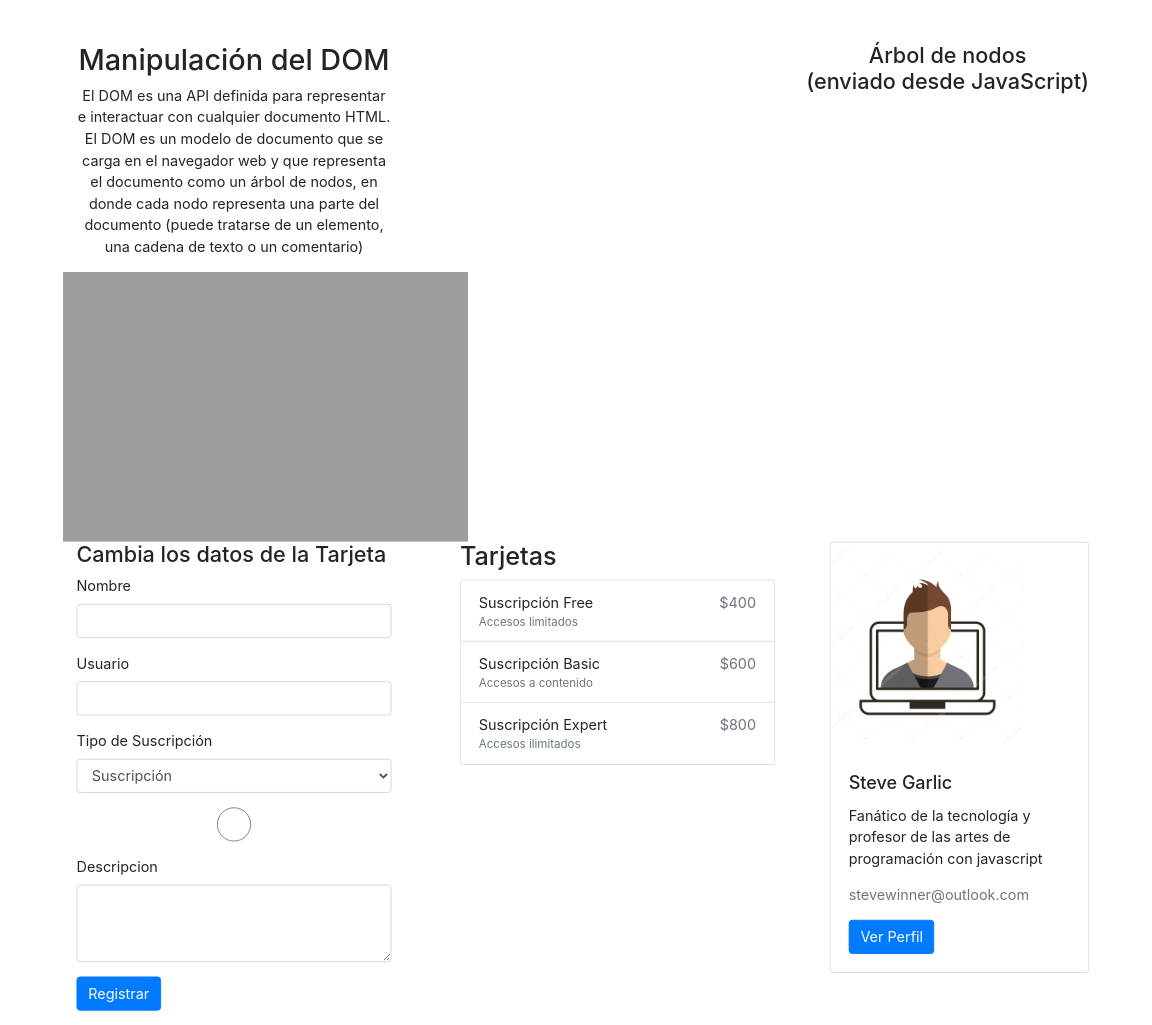
Repository: pedro-donoso/manipulacion-dom
Page: index.html
The author's editor kept a copy of each file at every save. The page is drawn from the files as they stood at one save, then again after the next save.
The browser window is 1280 px wide. The pictures show the whole page, at 90% of full size.
Pictures or frames that could not be fetched are drawn as grey boxes.

Above is the page before, as saved 2024-02-06 14:23:38.

After the next save:
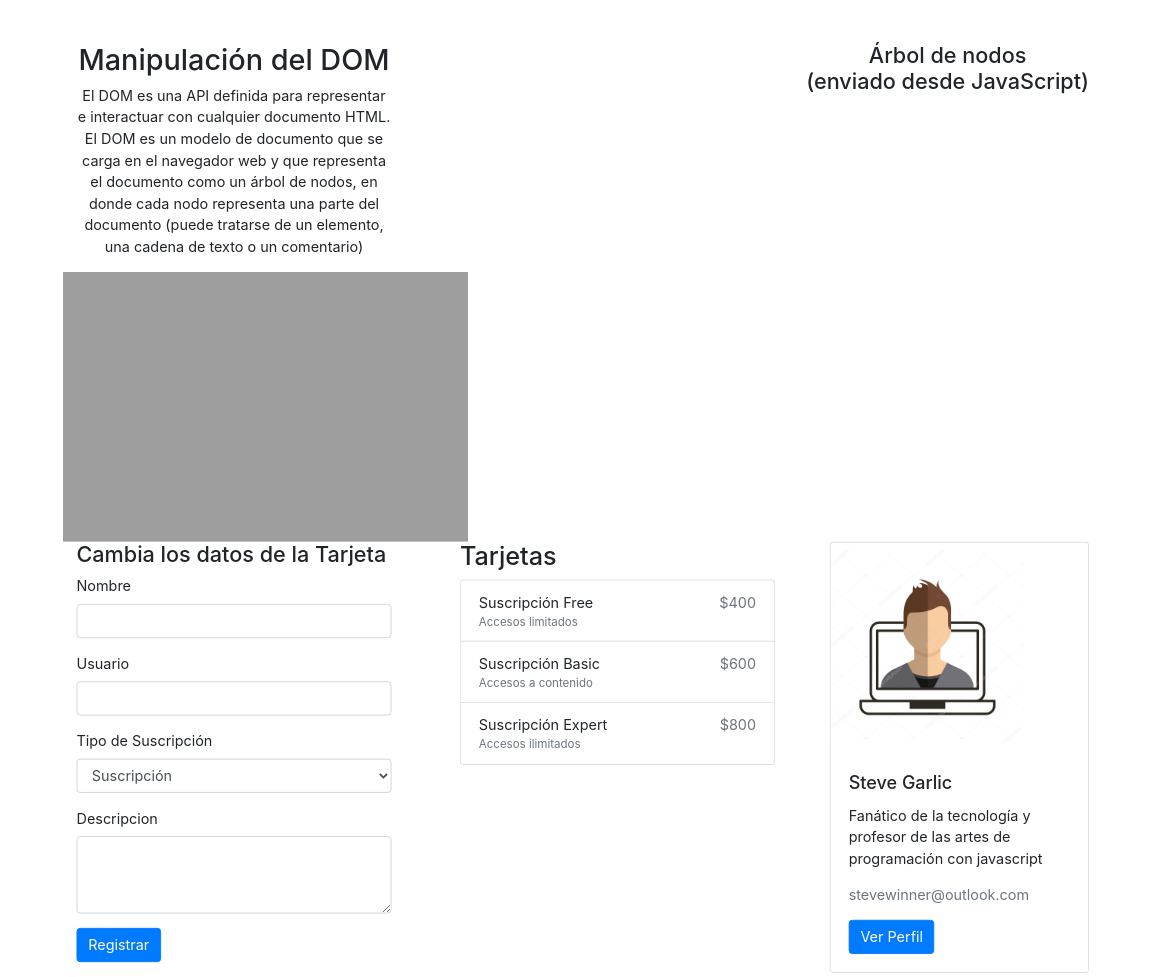
Saved 4 s later.
--- a/index.html
+++ b/index.html
@@ -44,7 +44,7 @@
                             <option value="Suscripcion">Suscripción</option>
                             <option value="Compra">Compra</option>
                         </select>
-                    <input type="radio" class="form-control mb-3" id="suscripcion">
+
 
 
 
